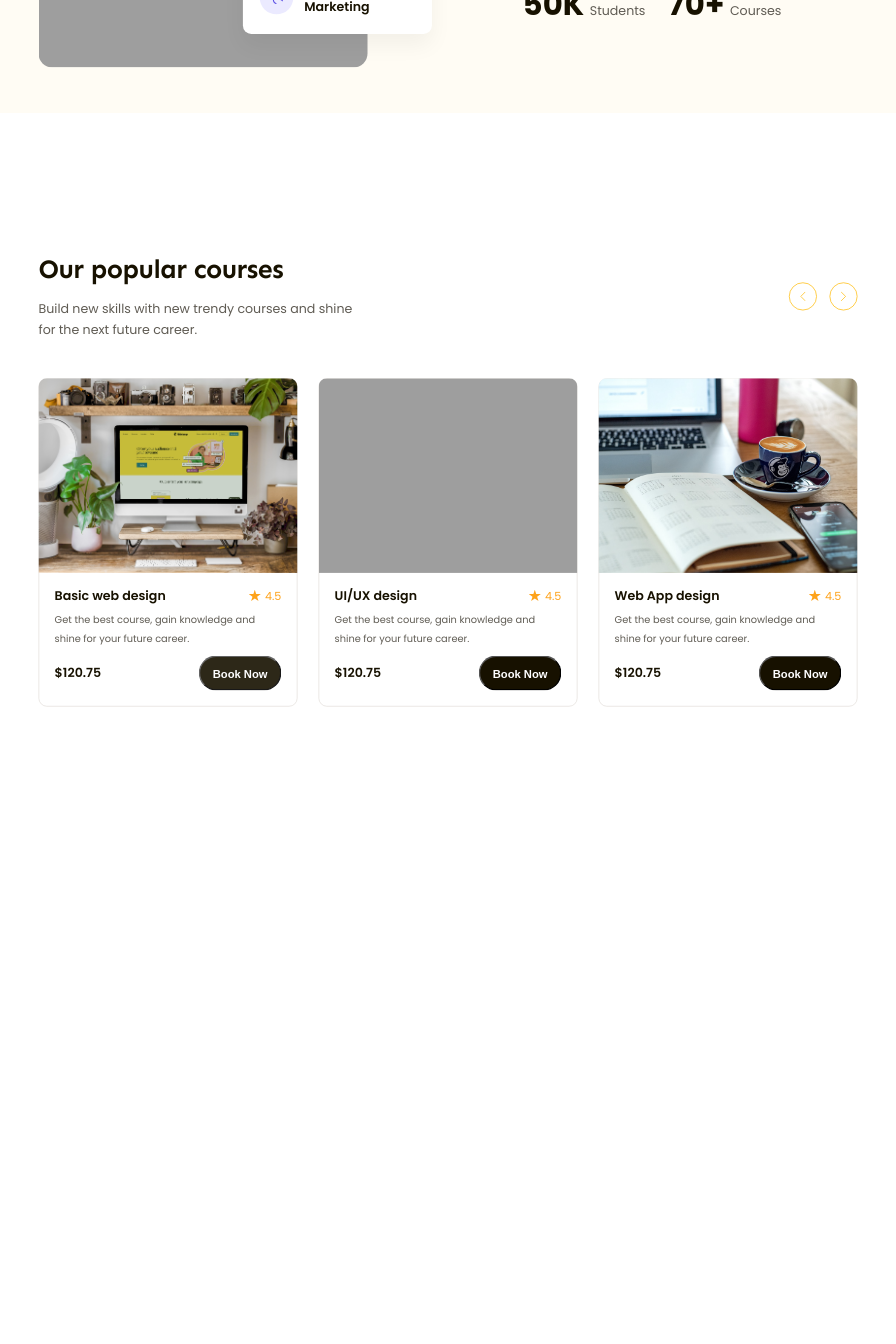
Repository: dovanlanh/f8-project-02
Page: index.html
An editor plug-in stored every save of this project. The page is shown before and after the next save, followed by the edit.
The browser window is 1280 px wide. The pictures show the part of the page from y = 739 to 2659 px (the page is 10000 px tall), at 70% of full size.
The pointer rests on the first visible `.popular .foot .btn`.
Pictures or frames that could not be fetched are drawn as grey boxes.

Above is the page before, as saved 2023-02-05 21:43:57.

### index.html
<!DOCTYPE html>
<html lang="en">
<head>
    <meta charset="UTF-8">
    <meta http-equiv="X-UA-Compatible" content="IE=edge">
    <meta name="viewport" content="width=device-width, initial-scale=1.0">
    <title>F8 Project 02</title>
    <!-- reset css -->
    <link rel="stylesheet" href="./assets/css/reset.css">
    <!-- embed fonts -->
    <link rel="preconnect" href="https://fonts.googleapis.com">
    <link rel="preconnect" href="https://fonts.gstatic.com" crossorigin>
    <link href="https://fonts.googleapis.com/css2?family=Poppins:ital,wght@0,400;0,500;0,600;0,700;1,400&family=Sen:wght@700&display=swap" rel="stylesheet">
    <!-- style -->
    <link rel="stylesheet" href="./assets/css/styles.css">
</head>
<body>
    <main style=" height: 10000px">
        <!-- header  -->
        <header class="header fixed">
            <div class="main-content">
                    <div class="body">
                        <!-- logo -->
                        <img src="./assets/img/Lesson.svg" alt="Lesson" class="Logo">
                        <!-- nav -->
                        <nav class="nav">
                            <ul>
                                <li class="active">
                                    <a href="#!">Home</a>
                                </li>
                                <li>
                                    <a href="#!">Courses</a>
                                </li>
                                <li>
                                    <a href="#!">Pricing</a>
                                </li>
                                <li>
                                    <a href="#!">Reviews</a>
                                </li>
                            </ul>
                        </nav>
                        <!-- active -->
                        <div class="action">
                            <a href="#!" class="btn sign-up-btn">Sign Up</a>
                        </div>
                    </div>
            </div>
        </header>
        <!-- Hero -->
        <div class="hero">
            <div class="main-content">
                <div class="body">
                    <!-- Hero left -->
                    <div class="media-block">
                        <img src="./assets/img/guy-lesson.svg" alt="" class="img">
                        <div class="hero-summary">
                            <div class="item">
                                <div class="icon">
                                    <img src="./assets/img/list-icon1.svg" alt="">
                                </div>
                                <div class="info">
                                    <p class="label">20 Courses</p>
                                    <p class="tittle">UI/UX Design</p>
                                </div>
                            </div>
                            <div class="item">
                                <div class="icon">
                                    <img src="./assets/img/list-icon2.svg" alt="">
                                </div>
                                <div class="info">
                                    <p class="label">20 Courses</p>
                                    <p class="tittle">Development</p>
                                </div>
                            </div>
                            <div class="item">
                                <div class="icon">
                                    <img src="./assets/img/list-icon3.svg" alt="">
                                </div>
                                <div class="info">
                                    <p class="label">30 Courses</p>
                                    <p class="tittle">Marketing</p>
                                </div>
                            </div>
                        </div>
                    </div>
                    <!-- hero-right -->
                    <div class="content-block">
                        <h1 class="heading lv1">Learn without limits and spread knowledge.</h1>
                        <p class="desc">
                            Build new skills for that “this is my year” feeling with courses, certificates, and degrees from world-class universities and companies.
                        </p>
                            <div class="cta-group">
                                <a href="#!" class="btn hero-cta">See Courses</a>
                                <button class="watch-video">
                                    <div class="icon">
                                        <img src="./assets/img/icon-watch-video.svg" alt="">
                                    </div>
                                    <span>Watch Video</span>
                                </button>
                            </div>
                        <p class="desc">Recent engagement</p>
                        <div class="desc stats">
                            <strong>50K</strong>Students
                            <strong>70+</strong>Courses
                        </div>
                    </div>
                </div>
            </div>
        </div>
        <!-- Popular -->
        <div class="popular">
            <div class="main-content">
                <!-- popular top -->
                <div class="popular-top">
                    <div class="info">
                        <h2 class="heading lv2">Our popular courses</h2>
                        <p class="desc">Build new skills with new trendy courses and shine for the next future career.</p>
                    </div>
                    <div class="controls">
                        <button class="control-btn">
                            <svg width="8" height="14" viewBox="0 0 8 14" fill="none" xmlns="http://www.w3.org/2000/svg">
                                <path d="M7 1L1 7L7 13" stroke="currentColor" stroke-linecap="round" stroke-linejoin="round"/>
                            </svg>
                        </button>
                        <button class="control-btn">
                            <svg width="8" height="14" viewBox="0 0 8 14" fill="none" xmlns="http://www.w3.org/2000/svg">
                                <path d="M1 1L7 7L1 13" stroke="currentColor" stroke-linecap="round" stroke-linejoin="round"/>
                            </svg>
                        </button>
                    </div>
                </div>
                <!-- popular-bottom -->
                <div class="course-list">
                    <!-- course item 1 -->
                    <div class="course-item">
                        <img src="./assets/img/img-popular/course1.jpg" alt="Basic web design" class="thumb">
                        <div class="info">
                            <div class="head">
                                <h3 class="tittle">Basic web design</h3>
                                <div class="rating">
                                    <img src="./assets/img/Star.svg" alt="star" class="star">
                                    <span class="value">4.5</span>
                                </div>
                            </div>
                            <p class="desc-course">Get the best course, gain knowledge and shine for your future career.</p>
                            <div class="foot">
                                <span class="price">$120.75</span>
                                <button class="btn">Book Now</button>
                            </div>
                        </div>
                    </div>
                    <!-- course item 2 -->
                    <div class="course-item">
                        <img src="./assets/img/img-popular/course2.jpg" alt="UI/UX design" class="thumb">
                        <div class="info">
                            <div class="head">
                                <h3 class="tittle">UI/UX design</h3>
                                <div class="rating">
                                    <img src="./assets/img/Star.svg" alt="star" class="star">
                                    <span class="value">4.5</span>
                                </div>
                            </div>
                            <p class="desc-course">Get the best course, gain knowledge and shine for your future career.</p>
                            <div class="foot">
                                <span class="price">$120.75</span>
                                <button class="btn">Book Now</button>
                            </div>
                        </div>
                    </div>
                    <!-- course item 3 -->
                    <div class="course-item">
                        <img src="./assets/img/img-popular/course3.jpg" alt="Web App design" class="thumb">
                        <div class="info">
                            <div class="head">
                                <h3 class="tittle">Web App design</h3>
                                <div class="rating">
                                    <img src="./assets/img/Star.svg" alt="star" class="star">
                                    <span class="value">4.5</span>
                                </div>
                            </div>
                            <p class="desc-course">Get the best course, gain knowledge and shine for your future career.</p>
                            <div class="foot">
                                <span class="price">$120.75</span>
                                <button class="btn">Book Now</button>
                            </div>
                        </div>
                    </div>
                </div>
            </div>
        </div>

    </main>
</body>
</html>

### assets/css/styles.css
* {
    box-sizing: border-box;
}
:root {
    --font-heading: sen, sans-serif;
    --primary-color:#FFB900;
}
html,
body {
    scroll-behavior: smooth;
    font-size: 62.5%;
}

html {
    font-size: 62.5%;
}

body {
    font-size: 1.6rem;
    font-family: 'Poppins', sans-serif;
}

/* common */
.heading {
    font-family: var(--font-heading);
    font-weight: 700;
    letter-spacing: -0.02em;
    color: #171100;
}
a {
    text-decoration: none;
}
.main-content {
    width: 1170px;
    max-width: calc(100% - 48px);
    margin-left: auto;
    margin-right: auto;
}
.btn {
    min-width: 118px;
    display: inline-block;
    padding: 0 16px;
    align-items: center;
    line-height: 50px;
    font-weight: 600;
    font-size: 1.6rem;
    text-align: center;
    color: #FFFFFF;
    background: #171100;
    border-radius: 999px;
}
.btn:hover {
    opacity: 0.9;
}
/* header */
.header {
    background:#FFFCF4;
}
.header.fixed {
    position: sticky;
    top: -32px;
    z-index: 1;
}
.header .body {
    display: flex;
    align-items: center;
    padding: 36px 0 8px;
}
.nav ul {
    display: flex;
}

.nav {
    margin-left: auto;
}
.nav a {
    position: relative;
    padding: 8px 21px;
    font-weight: 400;
    font-size: 1.6rem;
    color: #5F5B53;
}
.nav a:hover,
.nav li.active a {
    text-shadow: 1px 0 0 currentColor;
    color: #171100;
}
.nav li.active a::after {
    left: 21px;
    bottom: 6px;
    display: block;
    content: "";
    position: absolute;
    width: 12px;
    height: 2px;
    background: #171100;
    border-radius: 1px;
}
.header .sign-up-btn {
    min-width: 144px;
}
.header .action {
    margin-left: 49px;
}

/* hero */
.hero {
    padding: 56px 0 65px;
    background:#FFFCF4;
}
.hero .body {
    display: flex;
}
/* hero left */
.hero .media-block {
    width: 48%;
    position: relative;
}

.hero .media-block .img {
    width: 470px;
    height: 685px;
    object-fit: cover;
    border-radius: 20px;
    display: block;
}
.hero .media-block .hero-summary {
    position: absolute;
    right: 0;
    bottom: 48px;
}
.hero .hero-summary {
    width: 270px;
    padding: 24px;
    background: #FFFFFF;
    box-shadow: 0px 16px 32px rgba(0, 0, 0, 0.05);
    border-radius: 12px;
}
.hero-summary .item {
    display: flex;
    align-items: center;
}
.hero-summary .icon {
    width: 48px;
    height: 48px;
    border-radius: 50%;
    display: flex;
    align-items: center;
    justify-content: center;
    background: #FFF9E8;
}
.hero-summary .info {
    margin-left: 16px;
}
.hero-summary .label {
    font-weight: 400;
    font-size: 1.4rem;
    line-height: 1.86;
    color: #5F5B53;
}
.hero-summary .tittle {
    font-weight: 600;
    font-size: 1.8rem;
    line-height: 1.67;
    color: #171100;
}
.hero-summary .item + .item {
    margin-top: 22px;
}
.hero-summary .item:nth-of-type(2) .icon {
    background: #FCEFFF;
}
.hero-summary .item:nth-of-type(3) .icon {
    background: #EBEAFF;
}
/* hero right */
.hero .content-block {
    width: 52%;
    padding: 64px 0 0 130px;
}
.hero .content-block .heading.lv1 {
    font-size: 5.8rem;
    line-height: 1.17;
}
.content-block .desc {
    margin-top: 22px;
    font-weight: 400;
    font-size: 1.8rem;
    line-height: 1.67;
    color: #5F5B53;
}
.content-block .cta-group {
    margin: 38px 0 48px;
}
.content-block .cta-group .hero-cta{
    min-width: 180px;
    background-color: var(--primary-color);
    line-height: 64px;
}
.content-block .cta-group {
    display: flex;
    align-items: center;
}
.hero .watch-video {
    margin-left: 28px;
    display: flex;
    align-items: center;
    border: none;
    background: transparent;
    cursor: pointer;

}
.cta-group span {
    font-family: 'poppins', sans-serif;
    margin-left: 14px;
    font-weight: 600;
    font-size: 1.8rem;
    line-height: 1.67;
    color: #171100;
}
.hero .watch-video .icon {
    display: flex;
    align-items: center;
    justify-content: center;
    width: 40px;
    height: 40px;
    background: #FFFFFF;
    box-shadow: 0px 8px 16px rgba(0, 0, 0, 0.07);
    border-radius: 50%;
    cursor: pointer;
}
.hero .watch-video .icon:hover {
    background: orange;
    opacity: 0.5;
}
.hero .stats {
    margin: 8px 0 0 -28px;

}
.hero .stats strong {
    --font-heading: sen, sans-serif;
    padding: 0 8px 0 28px;
    font-weight: 700;
    font-size: 4.4rem;
    line-height: 1.23;
    color: #171100;
}
/* popular */
.popular {
    padding: 65px 0;
    margin-top: 135px;
}
.popular .heading.lv2 {
    font-size: 3.8rem;
    line-height: 1.26;
}
.popular .desc {
    margin-top: 16px;
    width: 458px;
    font-weight: 400;
    font-size: 1.8rem;
    line-height: 1.67;
    color: #5F5B53;
}
.popular .popular-top {
    display: flex;
    justify-content: space-between;
    align-items: center;
}
.popular-top .controls {
    display: flex;
    gap: 18px;
}
.popular-top .control-btn {
    display: flex;
    align-items: center;
    justify-content: center;
    width: 40px;
    height: 40px;
    color: var(--primary-color);
    border: 1px solid var(--primary-color);
    border-radius: 50%;
    background: transparent;
}
.popular-top .control-btn:hover {
    color: #fff;
    background: var(--primary-color);
    cursor: pointer;
}
/* Course list */
.popular .course-list {
    display: flex;
    gap: 30px;
    margin-top: 55px;
}
.popular .course-item {
    flex: 1;
    width: 370px;
    background: #FFFFFF;
    border: 1px solid #E2DFDA;
    border-radius: 12px;
}
.popular .course-item .thumb {
    width: calc(100% + 2px);
    height: 278px;
    margin: -1px;
    object-fit: cover;
    border-radius: 12px 12px 0px 0px;
}
.popular .course-item .info {
    padding: 16px 22px 22px;
}
.popular .course-item .foot,
.popular .course-item .rating,
.popular .course-item .head {
    display: flex;
    align-items: center;
    justify-content: space-between;
}
.popular .course-item .tittle {
    font-weight: 600;
    font-size: 1.8rem;
    line-height: 1.67;
    color: #171100;
}
.popular .course-item .rating .value {
    margin-left: 6px;
    font-weight: 400;
    font-size: 1.6rem;
    line-height: 1.75;
    color: #FEA31B;
}
.popular .course-item .desc-course {
    margin-top: 6px;
    font-weight: 400;
    font-size: 1.4rem;
    line-height: 1.86;
    color: #5F5B53;
}
.popular .foot {
    margin-top: 12px;
}
.popular .foot .price{
    font-weight: 600;
    font-size: 1.8rem;
    line-height: 1.67;
    color: #171100;
}
.popular .foot .btn {
    height: 50px;
}

Loaded but not shown: assets/css/reset.css (common file)

After the next save:
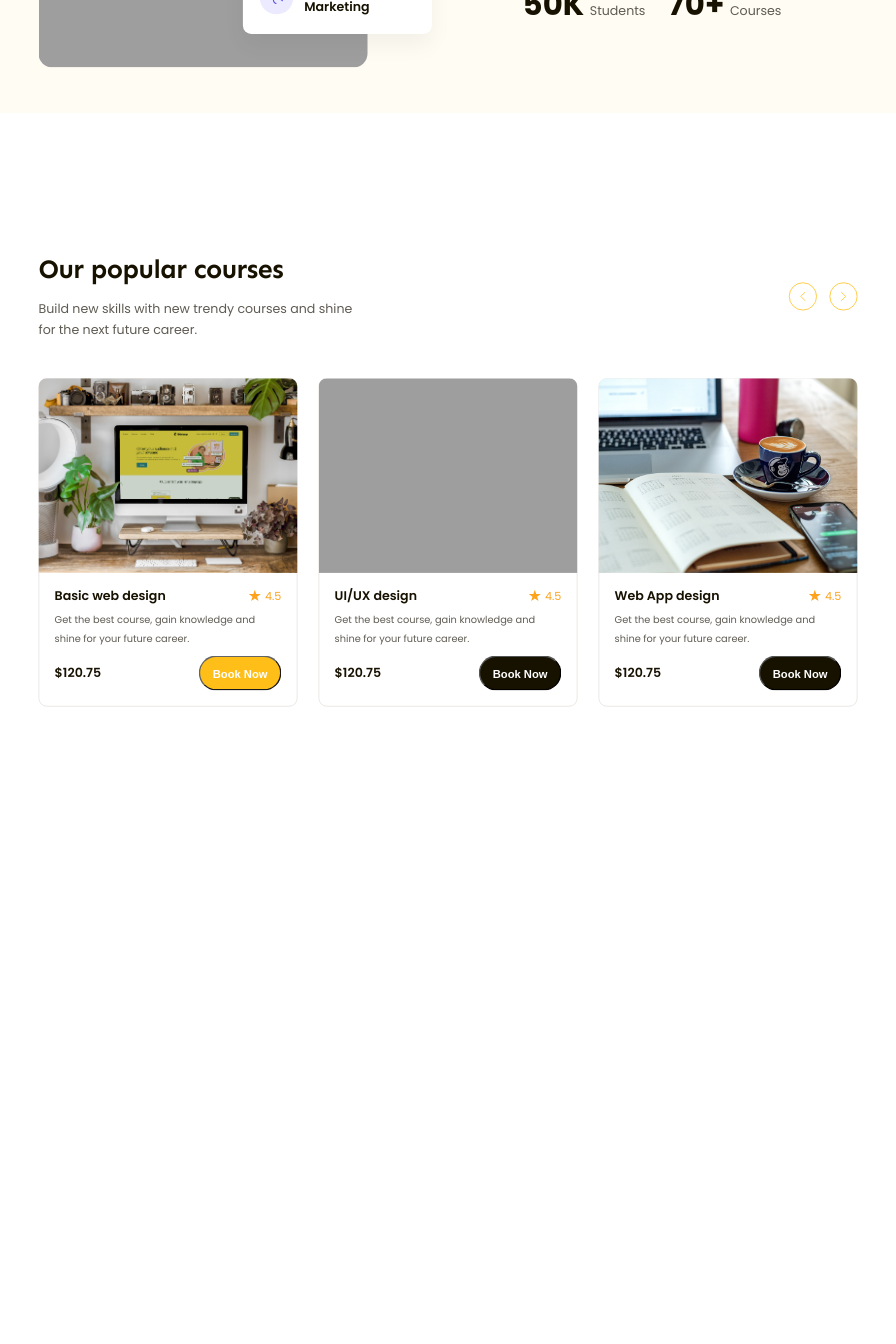
Saved 63 s later.
--- a/assets/css/styles.css
+++ b/assets/css/styles.css
@@ -349,3 +349,6 @@ a {
 .popular .foot .btn {
     height: 50px;
 }
+.popular .foot .btn:hover {
+    background: #FFB900;
+}
